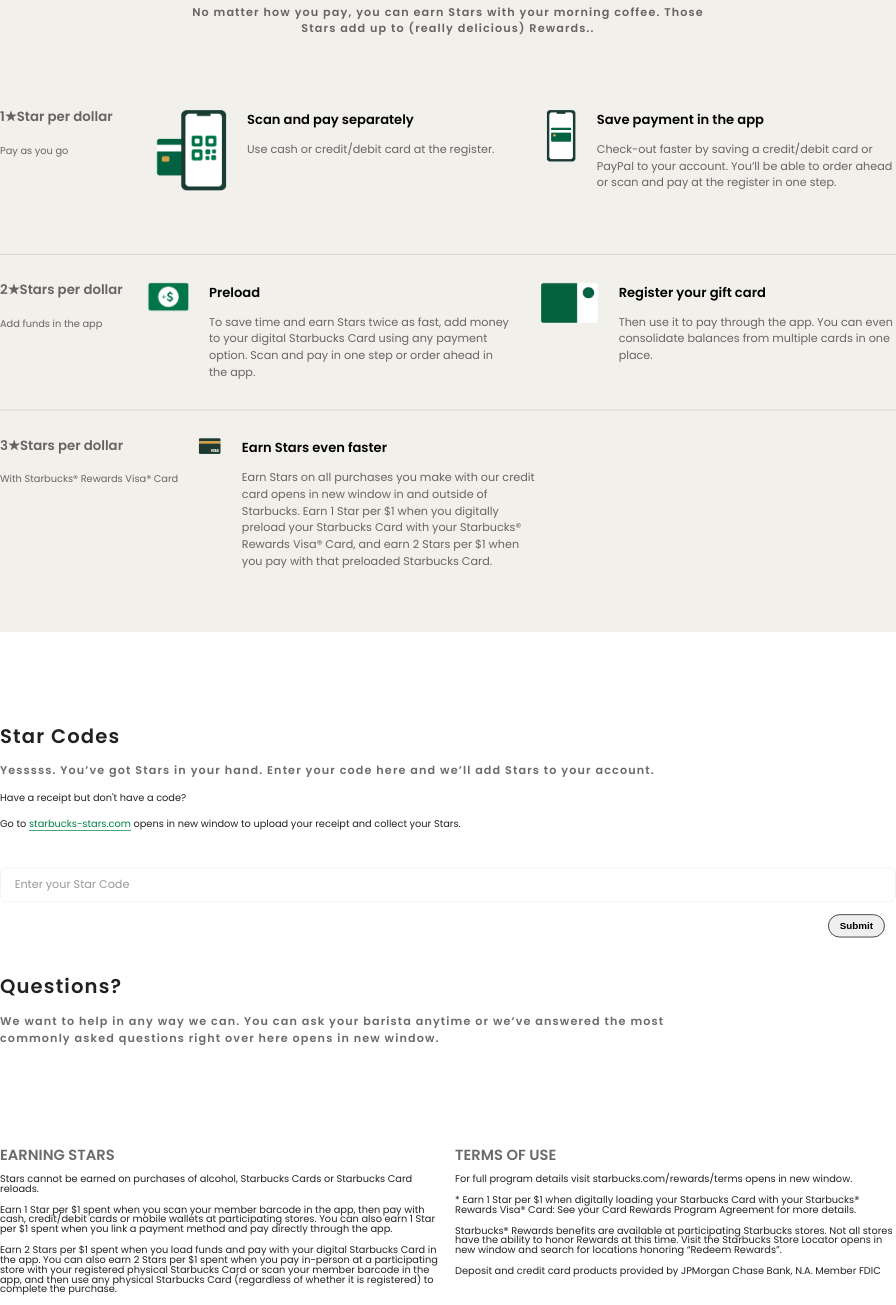
Repository: Akashiii1/StarBucks
Page: index.html
These files come from the project's save history. The page is drawn as it stood at one moment and after the next save; the edit follows.
The browser window is 1280 px wide. The pictures show the part of the page from y = 2553 to 4473 px (the page is 4417 px tall before and 4473 px after), at 70% of full size.

Above is the page before, as saved 2022-02-02 00:30:38.

### index.html
<!DOCTYPE html>
<html lang="en">
  <head>
    <meta charset="UTF-8" />
    <meta http-equiv="X-UA-Compatible" content="IE=edge" />
    <meta name="viewport" content="width=device-width, initial-scale=1.0" />
    <title>StarBucks</title>
    <link rel="preconnect" href="https://fonts.gstatic.com" />
    <link
      href="https://fonts.googleapis.com/css2?family=Poppins:wght@400;600&display=swap"
      rel="stylesheet"
    />
    <link
      rel="stylesheet"
      href="https://cdnjs.cloudflare.com/ajax/libs/font-awesome/4.7.0/css/font-awesome.min.css"
      integrity="sha512-SfTiTlX6kk+qitfevl/7LibUOeJWlt9rbyDn92a1DqWOw9vWG2MFoays0sgObmWazO5BQPiFucnnEAjpAB+/Sw=="
      crossorigin="anonymous"
    />
    <link rel="stylesheet" href="./Style/style.css" />
  </head>

  <body>
    <div class="main">
      <header id="header">
        <nav class="nav container">
          <div class="logo">
            <img src="./Img/Starbucks-Logo.png" alt="" />
          </div>

          <div class="d-flex w-100">
            <ul class="nav-list">
              <li><a href="#">Menu</a></li>
              <li><a href="#">Rewards</a></li>
              <li><a href="#">Gift Cards</a></li>
            </ul>

            <div class="sub-nav d-flex">
              <a href="#" class="location"
                ><i class="fa fa-map-marker" aria-hidden="true"></i> Find a
                Store</a
              >
              <div class="double-click">
                <button class="btn bgw">Sign in</button>
                <button class="btn bgb">Join Now</button>
              </div>
            </div>
          </div>

          <i class="fa fa-bars ham" aria-hidden="true"></i>
        </nav>
        <div class="container">
          <div class="banner c-green d-flex">
            <h3>STARBUCKS® REWARDS</h3>
            <button class="btn bgr">Join the app</button>
          </div>
        </div>
      </header>
      <section id="hero">
        <div class="hero container">
          <div class="slogan">
            <h2 class="hero-heading">FREE COFFEE IS A TAP AWAY</h2>
            <p class="hero-desc">Join now to start earning Rewards.</p>
            <div class="sub-hero">
              <button class="btn">Join now</button>
              <p class="hero-subdesc subdescdk">
                Or <a href="">join in the app</a> for the best experience
              </p>
              <p class="hero-subdesc subdescmb">
                <a href="">Or join in online</a>
              </p>
            </div>
          </div>
        </div>
      </section>
      <!-- Review -->
      <section id="review">
        <div class="heading-text">
          <h2>Getting started is easy</h2>
          <p>Earn Stars and get rewarded in a few easy steps.</p>
        </div>
        <div class="review container">
          <div class="review-item">
            <div class="ri-img">
              <img src="./Img/getting-started-1_2x.jpg" alt="" />
            </div>
            <div class="ri-content">
              <h3 class="review-heading">Create an account</h3>
              <p>
                To get started, <a href="">join now</a>. You can also
                <a href="">join in the app</a> to get access to the full range
                of Starbucks® Rewards benefits.
              </p>
            </div>
          </div>

          <div class="review-item">
            <div class="ri-img">
              <img src="./Img/getting-started-2_2x.jpg" alt="" />
            </div>
            <div class="ri-content">
              <h3 class="review-heading">Order and pay how you’d like</h3>
              <p>
                TUse cash, credit/debit card or save some time and pay right
                through the app. You’ll collect Stars all ways.
                <a href="">Learn how</a>
              </p>
            </div>
          </div>

          <div class="review-item">
            <div class="ri-img">
              <img src="./Img/getting-started-3_2x.jpg" alt="" />
            </div>
            <div class="ri-content">
              <h3 class="review-heading">Earn Stars, get Rewards</h3>
              <p>
                As you earn Stars, you can redeem them for Rewards—like free
                food, drinks, and more. Start redeeming with as little as 25
                Stars!
              </p>
            </div>
          </div>
        </div>
      </section>

      <!-- Star -->
      <section id="star">
        <div class="heading-text">
          <h2>Get your favorites for free</h2>
        </div>
        <div class="container">
          <div class="tab-list">
            <button class="tab-item active" data-item="i25">
              <span>25</span>
              <span><i class="fa fa-star" aria-hidden="true"></i></span>
            </button>
            <button class="tab-item" data-item="i50">
              <span>50</span>
              <span><i class="fa fa-star" aria-hidden="true"></i></span>
            </button>
            <button class="tab-item" data-item="i150">
              <span>150</span>
              <span><i class="fa fa-star" aria-hidden="true"></i></span>
            </button>
            <button class="tab-item" data-item="i200">
              <span>200</span>
              <span><i class="fa fa-star" aria-hidden="true"></i></span>
            </button>
            <button class="tab-item" data-item="i400">
              <span>400</span>
              <span><i class="fa fa-star" aria-hidden="true"></i></span>
            </button>
          </div>
        </div>
        <div class="container sub-tab">
          <div class="tab-content active" data-tab="i25">
            <div class="tab-img">
              <img src="./Img/025.jpg" alt="" />
            </div>
            <div class="tab-desc">
              <h3>Customize your drink</h3>
              <p>
                Make your drink just right with an extra espresso shot, dairy
                substitute or a dash of your favorite syrup.
              </p>
            </div>
          </div>

          <div class="tab-content" data-tab="i50">
            <div class="tab-img">
              <img src="./Img/050.jpg" alt="" />
            </div>
            <div class="tab-desc">
              <h3>Brewed hot coffee, bakery item or hot tea</h3>
              <p>
                Pair coffee cake or an almond croissant with your fresh cup of
                hot brew.
              </p>
            </div>
          </div>

          <div class="tab-content" data-tab="i150">
            <div class="tab-img">
              <img src="./Img/150.jpg" alt="" />
            </div>
            <div class="tab-desc">
              <h3>Handcrafted drink, hot breakfast or parfait</h3>
              <p>
                Have a really good morning with a breakfast sandwich, oatmeal or
                your favorite drink.
              </p>
            </div>
          </div>

          <div class="tab-content" data-tab="i200">
            <div class="tab-img">
              <img src="./Img/200.jpg" alt="" />
            </div>
            <div class="tab-desc">
              <h3>Salad, sandwich or protein box</h3>
              <p>
                Nourish your day with a hearty Chipotle Chicken Wrap or Eggs &
                Cheese Protein Box..
              </p>
            </div>
          </div>

          <div class="tab-content" data-tab="i400">
            <div class="tab-img">
              <img src="./Img/400.jpg" alt="" />
            </div>
            <div class="tab-desc">
              <h3>Select merchandise or at-home coffee</h3>
              <p>
                Take home a signature cup, a bag of coffee or your choice of
                select coffee accessories..
              </p>
            </div>
          </div>
        </div>
      </section>

      <!-- Endless -->
      <section id="endless">
        <div class="heading-text">
          <h2>Endless Extras</h2>
          <p>
            Joining Starbucks® Rewards means unlocking access to exclusive
            benefits. Say hello to easy ordering, tasty Rewards and—yes, free
            coffee.
          </p>
        </div>
        <div class="container">
          <div class="end">
            <div class="end-item">
              <div class="end-item-img">
                <img src="./Img/1-fun-freebies.jpg" alt="" />
              </div>
              <div class="sub-end-item">
                <h3 class="end-item-heading">Fun freebies</h3>
                <p class="end-item-desc">
                  Not only can you earn free coffee, look forward to a birthday
                  treat plus coffee and tea refills.
                </p>
                <a href="#">Learn More</a>
              </div>
            </div>

            <div class="end-item">
              <div class="end-item-img">
                <img src="./Img/2-order-and-pay-ahead.jpg" alt="" />
              </div>
              <div class="sub-end-item">
                <h3 class="end-item-heading">Order & pay ahead</h3>
                <p class="end-item-desc">
                  Enjoy the convenience of in-store, curbside or drive-thru
                  pickup at select stores..
                </p>
                <a href="#">Learn More</a>
              </div>
            </div>

            <div class="end-item">
              <div class="end-item-img">
                <img src="./Img/3-get-to-free-faster.jpg" alt="" />
              </div>
              <div class="sub-end-item">
                <h3 class="end-item-heading">Get to free faster</h3>
                <p class="end-item-desc">
                  Earn Stars even quicker with Bonus Star challenges, Double
                  Star Days and exciting games.
                </p>
                <a href="#">Learn More</a>
              </div>
            </div>
          </div>
        </div>
      </section>

      <!--  -->
      <section class="cash">
        <div class="container-full bgl">
          <div class="cash-content container">
            <div class="heading-text">
              <h2>Cash or card, you earn Stars</h2>
              <p>
                No matter how you pay, you can earn Stars with your morning
                coffee. Those Stars add up to (really delicious) Rewards..
              </p>
            </div>
            <div class="grid">
              <div class="grid-item">
                <div class="cash-item">
                  <p>1★Star per dollar</p>
                  <p>Pay as you go</p>
                </div>
                <div class="cash-subcontent">
                  <div class="cash-img">
                    <img src="./Img/1A.png" alt="" />
                  </div>
                  <div class="cash-text">
                    <h3>Scan and pay separately</h3>
                    <p>Use cash or credit/debit card at the register.</p>
                  </div>
                </div>
                <div class="cash-subcontent">
                  <div class="cash-img">
                    <img src="./Img/1B.png" alt="" />
                  </div>
                  <div class="cash-text">
                    <h3>Save payment in the app</h3>
                    <p>
                      Check-out faster by saving a credit/debit card or PayPal
                      to your account. You’ll be able to order ahead or scan and
                      pay at the register in one step.
                    </p>
                  </div>
                </div>
              </div>

              <div class="grid-item">
                <div class="cash-item">
                  <p>2★Stars per dollar</p>
                  <p>Add funds in the app</p>
                </div>
                <div class="cash-subcontent">
                  <div class="cash-img">
                    <img src="./Img/2A.png" alt="" />
                  </div>
                  <div class="cash-text">
                    <h3>Preload</h3>
                    <p>
                      To save time and earn Stars twice as fast, add money to
                      your digital Starbucks Card using any payment option. Scan
                      and pay in one step or order ahead in the app.
                    </p>
                  </div>
                </div>
                <div class="cash-subcontent">
                  <div class="cash-img">
                    <img src="./Img/2B.png" alt="" />
                  </div>
                  <div class="cash-text">
                    <h3>Register your gift card</h3>
                    <p>
                      Then use it to pay through the app. You can even
                      consolidate balances from multiple cards in one place.
                    </p>
                  </div>
                </div>
              </div>

              <div class="grid-item">
                <div class="cash-item">
                  <p>3★Stars per dollar</p>
                  <p>With Starbucks® Rewards Visa® Card</p>
                </div>
                <div class="cash-subcontent">
                  <div class="cash-img">
                    <img src="./Img/3A.png" alt="" />
                  </div>
                  <div class="cash-text">
                    <h3>Earn Stars even faster</h3>
                    <p>
                      Earn Stars on all purchases you make with our credit card
                      opens in new window in and outside of Starbucks. Earn 1
                      Star per $1 when you digitally preload your Starbucks Card
                      with your Starbucks® Rewards Visa® Card, and earn 2 Stars
                      per $1 when you pay with that preloaded Starbucks Card.
                    </p>
                  </div>
                </div>
              </div>
            </div>
          </div>
        </div>
      </section>

      <!-- starCode -->
      <section class="code">
        <div class="container">
          <div class="star">
            <div class="heading-text">
              <h2>Star Codes</h2>
              <p>
                Yesssss. You’ve got Stars in your hand. Enter your code here and
                we’ll add Stars to your account.
              </p>
            </div>

            <div class="code-details">
              <p>Have a receipt but don't have a code?</p>
              <p>
                Go to <a href="#">starbucks-stars.com</a> opens in new window to
                upload your receipt and collect your Stars.
              </p>
            </div>
          </div>


          <form class="form-field">
            <input type="text" name="" id="" class="form-input" placeholder=" ">
            <label for="name" class="form-label">Enter your Star Code</label>

            <button type="submit" class="btn formbtn">Submit</button>

          </form>


          <div class="questions">
            <div class="heading-text">
              <h2>Questions?</h2>
              <p>
                We want to help in any way we can. You can ask your barista
                anytime or we’ve answered the most commonly asked questions
                right over here opens in new window.
              </p>
            </div>
          </div>
        </div>
      </section>
      <!--  -->
      <section class="participating ">
        <div class="container party">
          <div class=" sec section1">
            <h2>EARNING STARS</h2>
            <p>Stars cannot be earned on purchases of alcohol, Starbucks Cards or Starbucks Card reloads.</p>
            <p>Earn 1 Star per $1 spent when you scan your member barcode in the app, then pay with cash, credit/debit cards or mobile wallets at participating stores. You can also earn 1 Star per $1 spent when you link a payment method and pay directly through the app.</p>
            <p>Earn 2 Stars per $1 spent when you load funds and pay with your digital Starbucks Card in the app. You can also earn 2 Stars per $1 spent when you pay in-person at a participating store with your registered physical Starbucks Card or scan your member barcode in the app, and then use any physical Starbucks Card (regardless of whether it is registered) to complete the purchase.</p>
          </div>
          <div class="sec">
            <h2>TERMS OF USE</h2>
            <p>For full program details visit
              starbucks.com/rewards/terms
              opens in new window.</p>
              <p>* Earn 1 Star per $1 when digitally loading your Starbucks Card with your Starbucks® Rewards Visa® Card: See your Card Rewards Program Agreement for more details.</p>
              <p>Starbucks® Rewards benefits are available at participating Starbucks stores. Not all stores have the ability to honor Rewards at this time. Visit the
                Starbucks Store Locator
                opens in new window and search for locations honoring “Redeem Rewards”.</p>
                <p>Deposit and credit card products provided by JPMorgan Chase Bank, N.A. Member FDIC</p>
          </div>
        </div>
      </section>
    </div>

    <script src="./Style/starter.js"></script>
  </body>
</html>

Loaded but not shown: Style/starter.js (112 lines, source omitted); Style/style.css (800 lines, source omitted)

After the next save:
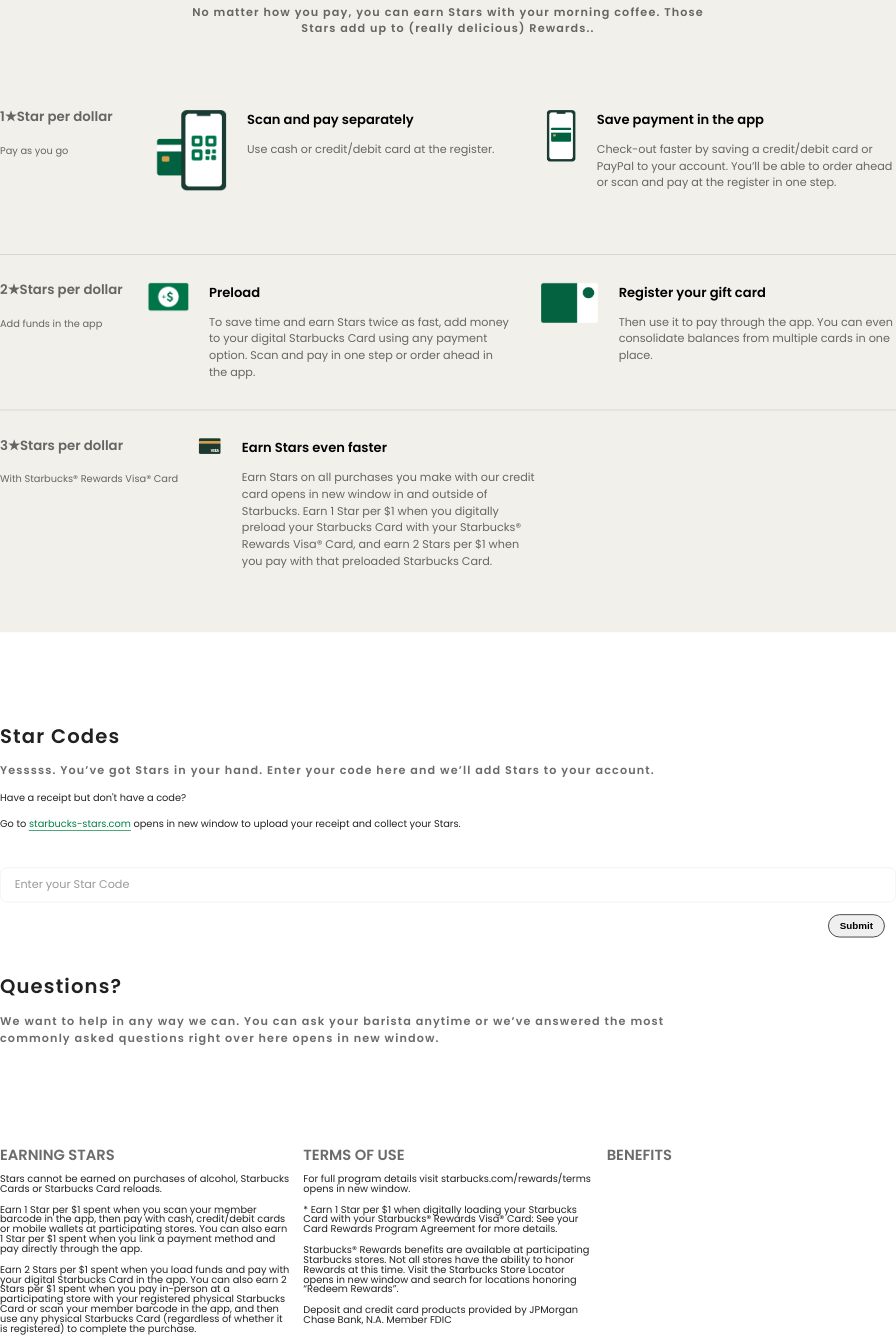
Saved 20 s later.
--- a/index.html
+++ b/index.html
@@ -397,15 +397,18 @@
             </div>
           </div>
 
-
           <form class="form-field">
-            <input type="text" name="" id="" class="form-input" placeholder=" ">
+            <input
+              type="text"
+              name=""
+              id=""
+              class="form-input"
+              placeholder=" "
+            />
             <label for="name" class="form-label">Enter your Star Code</label>
 
             <button type="submit" class="btn formbtn">Submit</button>
-
           </form>
-
 
           <div class="questions">
             <div class="heading-text">
@@ -420,24 +423,53 @@
         </div>
       </section>
       <!--  -->
-      <section class="participating ">
+      <section class="participating">
         <div class="container party">
-          <div class=" sec section1">
+          <div class="sec section1">
             <h2>EARNING STARS</h2>
-            <p>Stars cannot be earned on purchases of alcohol, Starbucks Cards or Starbucks Card reloads.</p>
-            <p>Earn 1 Star per $1 spent when you scan your member barcode in the app, then pay with cash, credit/debit cards or mobile wallets at participating stores. You can also earn 1 Star per $1 spent when you link a payment method and pay directly through the app.</p>
-            <p>Earn 2 Stars per $1 spent when you load funds and pay with your digital Starbucks Card in the app. You can also earn 2 Stars per $1 spent when you pay in-person at a participating store with your registered physical Starbucks Card or scan your member barcode in the app, and then use any physical Starbucks Card (regardless of whether it is registered) to complete the purchase.</p>
+            <p>
+              Stars cannot be earned on purchases of alcohol, Starbucks Cards or
+              Starbucks Card reloads.
+            </p>
+            <p>
+              Earn 1 Star per $1 spent when you scan your member barcode in the
+              app, then pay with cash, credit/debit cards or mobile wallets at
+              participating stores. You can also earn 1 Star per $1 spent when
+              you link a payment method and pay directly through the app.
+            </p>
+            <p>
+              Earn 2 Stars per $1 spent when you load funds and pay with your
+              digital Starbucks Card in the app. You can also earn 2 Stars per
+              $1 spent when you pay in-person at a participating store with your
+              registered physical Starbucks Card or scan your member barcode in
+              the app, and then use any physical Starbucks Card (regardless of
+              whether it is registered) to complete the purchase.
+            </p>
           </div>
           <div class="sec">
             <h2>TERMS OF USE</h2>
-            <p>For full program details visit
-              starbucks.com/rewards/terms
-              opens in new window.</p>
-              <p>* Earn 1 Star per $1 when digitally loading your Starbucks Card with your Starbucks® Rewards Visa® Card: See your Card Rewards Program Agreement for more details.</p>
-              <p>Starbucks® Rewards benefits are available at participating Starbucks stores. Not all stores have the ability to honor Rewards at this time. Visit the
-                Starbucks Store Locator
-                opens in new window and search for locations honoring “Redeem Rewards”.</p>
-                <p>Deposit and credit card products provided by JPMorgan Chase Bank, N.A. Member FDIC</p>
+            <p>
+              For full program details visit starbucks.com/rewards/terms opens
+              in new window.
+            </p>
+            <p>
+              * Earn 1 Star per $1 when digitally loading your Starbucks Card
+              with your Starbucks® Rewards Visa® Card: See your Card Rewards
+              Program Agreement for more details.
+            </p>
+            <p>
+              Starbucks® Rewards benefits are available at participating
+              Starbucks stores. Not all stores have the ability to honor Rewards
+              at this time. Visit the Starbucks Store Locator opens in new
+              window and search for locations honoring “Redeem Rewards”.
+            </p>
+            <p>
+              Deposit and credit card products provided by JPMorgan Chase Bank,
+              N.A. Member FDIC
+            </p>
+          </div>
+          <div class="sec">
+            <h2>BENEFITS</h2>
           </div>
         </div>
       </section>
